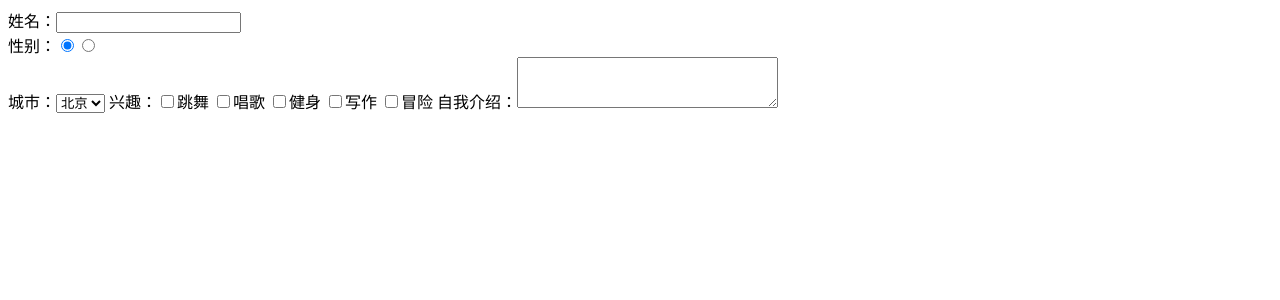
Repository: Miyanaqy/Tomcat_JSP
Page: http://localhost/TomcatTest/request_form.jsp
The author's editor kept a copy of each file at every save. The page is drawn from the files as they stood at one save, then again after the next save.
The browser window is 1280 px wide. The pictures show the whole page.
The page is served by Tomcat 9.

Above is the page before, as saved 2017-07-08 08:45:36.

After the next save:
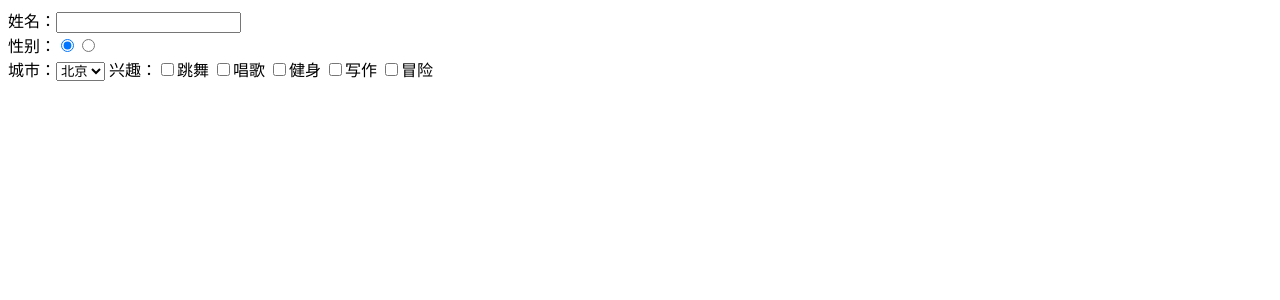
Saved 6 s later.
--- a/TomcatTest/WebContent/request_form.jsp
+++ b/TomcatTest/WebContent/request_form.jsp
@@ -20,7 +20,7 @@
 <input type="checkbox" name="**list" value="健身">健身
 <input type="checkbox" name="**list" value="写作">写作
 <input type="checkbox" name="**list" value="冒险">冒险
-自我介绍：<textarea cols="30" rows="3" name="note"></textarea><br>
+
 <input type="hidden" name="uid" value="1">
 </form>
 </body>

After the 2 saves that followed:
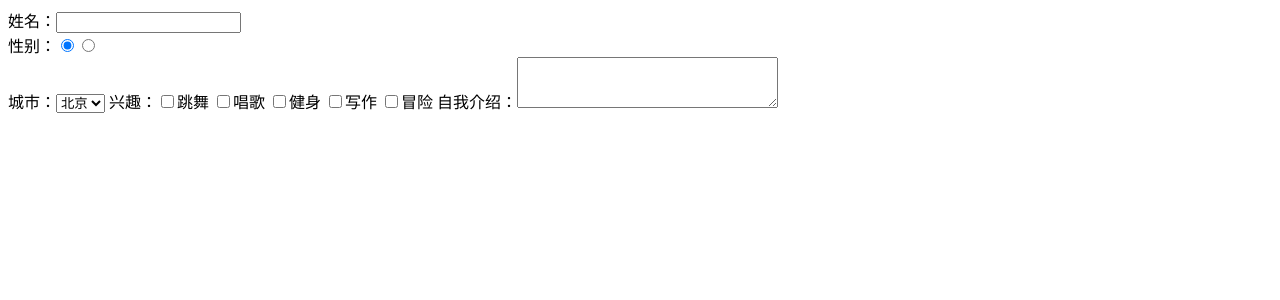
The 2 saves are shown as one change because 1 left the picture as it was.
The last was saved 16 s later.
--- a/TomcatTest/WebContent/request_form.jsp
+++ b/TomcatTest/WebContent/request_form.jsp
@@ -20,7 +20,7 @@
 <input type="checkbox" name="**list" value="健身">健身
 <input type="checkbox" name="**list" value="写作">写作
 <input type="checkbox" name="**list" value="冒险">冒险
-
+自我介绍：<textarea cols="30" rows="3" name="note"></textarea><br>
 <input type="hidden" name="uid" value="1">
 </form>
 </body>
